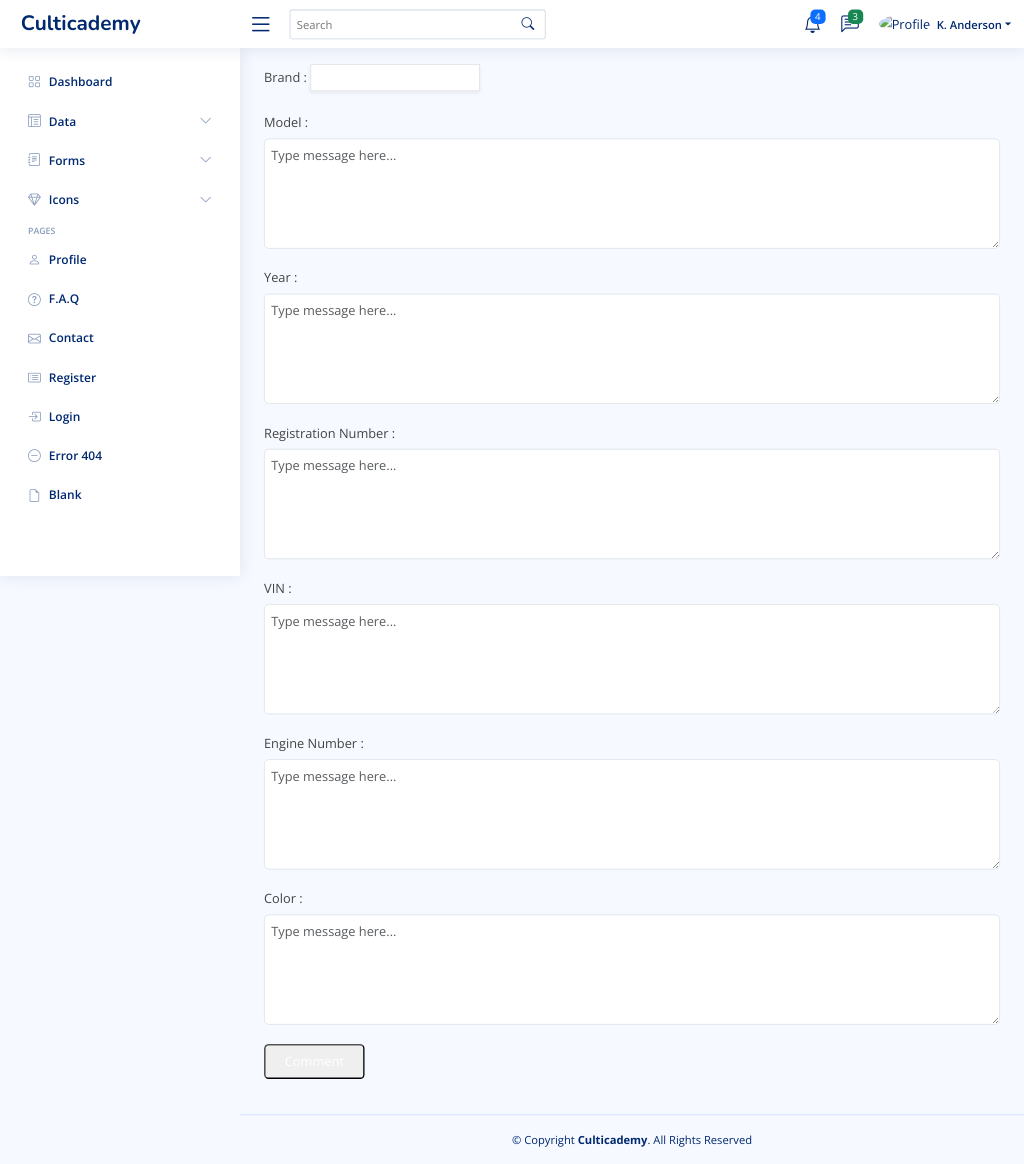
Repository: Jistoper/car_rental
Page: http://localhost/create
An editor plug-in stored every save of this project. The page is shown before and after the next save, followed by the edit.
The browser window is 1280 px wide. The pictures show the whole page, at 80% of full size.
The page is served by the project's Laravel application, run on PHP 8.4 with Laravel 9. Other server files are loaded and not shown.

Above is the page before, as saved 2023-06-22 14:02:02.

### routes/web.php
<?php

use Illuminate\Support\Facades\Route;
use App\Http\Controllers\carcontroller;

/*
|--------------------------------------------------------------------------
| Web Routes
|--------------------------------------------------------------------------
|
| Here is where you can register web routes for your application. These
| routes are loaded by the RouteServiceProvider within a group which
| contains the "web" middleware group. Now create something great!
|
*/

Route::get('/dashboard', function () {
    return view('backsite.dashboard');
})->name('dashboard');

Route::controller(CarController::class)->as('car.')->group(function(){
    Route::get('/car', 'getall')->name('getall');
    Route::get('/create', 'create')->name('create');
    Route::post('/create', 'store')->name('store');
});

### app/Http/Controllers/carcontroller.php
<?php

namespace App\Http\Controllers;

use Illuminate\Http\Request;
use Illuminate\Support\Facades\Http;
use Illuminate\Support\Facades\View;


class CarController extends Controller
{
    public function getall()
    {
        $response = Http::get('http://localhost:8080/api/cars');
        $cars = json_decode($response, true);

        return view('backsite.content.car.cartable', ['Cars' => $cars['Cars']]);
    }

    public function getbyid()
    {

    }

    public function create()
    {
        return View('backsite.content.car.createcar');
    }

    public function storeCar()
    {
        $data = [
            "brand" => "Toyota",
            "model" => "Avanza",
            "year" => 2022,
            "registration_number" => "AB123CD",
            "vin" => "1HGCM82633A123456",
            "engine_number" => "ENG123456789",
            "color" => "Black",
            "is_available" => true
        ];

        $token = "Bearer eyJhbGciOiJIUzI1NiIsInR5cCI6IkpXVCJ9.eyJleHAiOjE2ODkxNjgwMjMsInN1YiI6InRlc3QxMiJ9.-ezLSqJzIuUbum_p1NXeInNHkG953SP_4fMdbOgrlUo"; // Replace with your actual auth token

        $response = Http::withHeaders([
            "Authorization" => $token,
            "Content-Type" => "application/json",
        ])->post('http://localhost:8080/api/cars', $data);
    }

    public function update()
    {

    }

    public function delete()
    {

    }
}

### resources/views/backsite/content/car/createcar.blade.php
@extends('backsite.dashboard')

@section('content')

<div>
    <form action="{{ route('car.store') }}" method="POST" class="mb-4">
        @csrf
        <div class="mb-4">
            <label class="block text-gray-700 mb-2" for="message">
                Brand :
            </label>
            <input type="text" name="forum_title" id="forum_title" class="p-1 form-input rounded-md shadow-sm border border-gray-300 @error('forum_title') border-red-500 @enderror" value="{{ old('forum_title') }}">
        </div>
        <div class="mb-4">
            <label class="block text-gray-700 mb-2" for="message">
                Model :
            </label>
            <textarea name="message" id="message" rows="5" class="form-control w-full p-2 border border-gray-400 rounded" placeholder="Type message here..."></textarea>
        </div>
        <div class="mb-4">
            <label class="block text-gray-700 mb-2" for="message">
                Year :
            </label>
            <textarea name="message" id="message" rows="5" class="form-control w-full p-2 border border-gray-400 rounded" placeholder="Type message here..."></textarea>
        </div>
        <div class="mb-4">
            <label class="block text-gray-700 mb-2" for="message">
                Registration Number :
            </label>
            <textarea name="message" id="message" rows="5" class="form-control w-full p-2 border border-gray-400 rounded" placeholder="Type message here..."></textarea>
        </div>
        <div class="mb-4">
            <label class="block text-gray-700 mb-2" for="message">
                VIN :
            </label>
            <textarea name="message" id="message" rows="5" class="form-control w-full p-2 border border-gray-400 rounded" placeholder="Type message here..."></textarea>
        </div><div class="mb-4">
            <label class="block text-gray-700 mb-2" for="message">
                Engine Number :
            </label>
            <textarea name="message" id="message" rows="5" class="form-control w-full p-2 border border-gray-400 rounded" placeholder="Type message here..."></textarea>
        </div>
        <div class="mb-4">
            <label class="block text-gray-700 mb-2" for="message">
                Color :
            </label>
            <textarea name="message" id="message" rows="5" class="form-control w-full p-2 border border-gray-400 rounded" placeholder="Type message here..."></textarea>
        </div>
        <div class="flex items-center justify-end">
            <button class="flex items-center space-x-1 bg-slate-800 hover:bg-slate-700 text-white font-semibold py-2 px-4 rounded" onclick="getContent()" type="submit">
                <span>
                    Comment
                </span>
            </button>
        </div>
    </form>
</div>

@endsection

### resources/views/backsite/partials/sidebar.blade.php
<aside id="sidebar" class="sidebar">

    <ul class="sidebar-nav" id="sidebar-nav">

      <li class="nav-item">
        <a class="nav-link collapsed" href="{{ route('dashboard') }}">
          <i class="bi bi-grid"></i>
          <span>Dashboard</span>
        </a>
      </li><!-- End Dashboard Nav -->

      <li class="nav-item">
        <a class="nav-link collapsed" data-bs-target="#tables-nav" data-bs-toggle="collapse" href="#">
          <i class="bi bi-layout-text-window-reverse"></i><span>Data</span><i class="bi bi-chevron-down ms-auto"></i>
        </a>
        <ul id="tables-nav" class="nav-content collapse " data-bs-parent="#sidebar-nav">
          <li>
            <a href="{{ route('car.getall') }}">
              <i class="bi bi-circle"></i><span>Cars</span>
            </a>
          </li>
          <li>
            <a href="{{ route('dashboard') }}">
              <i class="bi bi-circle"></i><span>Data Tables</span>
            </a>
          </li>
        </ul>
      </li><!-- End Tables Nav -->

      <li class="nav-item">
        <a class="nav-link collapsed" data-bs-target="#forms-nav" data-bs-toggle="collapse" href="#">
          <i class="bi bi-journal-text"></i><span>Forms</span><i class="bi bi-chevron-down ms-auto"></i>
        </a>
        <ul id="forms-nav" class="nav-content collapse " data-bs-parent="#sidebar-nav">
          <li>
            <a href="forms-elements.html">
              <i class="bi bi-circle"></i><span>Form Elements</span>
            </a>
          </li>
          <li>
            <a href="forms-layouts.html">
              <i class="bi bi-circle"></i><span>Form Layouts</span>
            </a>
          </li>
          <li>
            <a href="forms-editors.html">
              <i class="bi bi-circle"></i><span>Form Editors</span>
            </a>
          </li>
          <li>
            <a href="forms-validation.html">
              <i class="bi bi-circle"></i><span>Form Validation</span>
            </a>
          </li>
        </ul>
      </li><!-- End Forms Nav -->

      <li class="nav-item">
        <a class="nav-link collapsed" data-bs-target="#icons-nav" data-bs-toggle="collapse" href="#">
          <i class="bi bi-gem"></i><span>Icons</span><i class="bi bi-chevron-down ms-auto"></i>
        </a>
        <ul id="icons-nav" class="nav-content collapse " data-bs-parent="#sidebar-nav">
          <li>
            <a href="icons-bootstrap.html">
              <i class="bi bi-circle"></i><span>Bootstrap Icons</span>
            </a>
          </li>
          <li>
            <a href="icons-remix.html">
              <i class="bi bi-circle"></i><span>Remix Icons</span>
            </a>
          </li>
          <li>
            <a href="icons-boxicons.html">
              <i class="bi bi-circle"></i><span>Boxicons</span>
            </a>
          </li>
        </ul>
      </li><!-- End Icons Nav -->

      <li class="nav-heading">Pages</li>

      <li class="nav-item">
        <a class="nav-link collapsed" href="users-profile.html">
          <i class="bi bi-person"></i>
          <span>Profile</span>
        </a>
      </li><!-- End Profile Page Nav -->

      <li class="nav-item">
        <a class="nav-link collapsed" href="pages-faq.html">
          <i class="bi bi-question-circle"></i>
          <span>F.A.Q</span>
        </a>
      </li><!-- End F.A.Q Page Nav -->

      <li class="nav-item">
        <a class="nav-link collapsed" href="pages-contact.html">
          <i class="bi bi-envelope"></i>
          <span>Contact</span>
        </a>
      </li><!-- End Contact Page Nav -->

      <li class="nav-item">
        <a class="nav-link collapsed" href="pages-register.html">
          <i class="bi bi-card-list"></i>
          <span>Register</span>
        </a>
      </li><!-- End Register Page Nav -->

      <li class="nav-item">
        <a class="nav-link collapsed" href="pages-login.html">
          <i class="bi bi-box-arrow-in-right"></i>
          <span>Login</span>
        </a>
      </li><!-- End Login Page Nav -->

      <li class="nav-item">
        <a class="nav-link collapsed" href="pages-error-404.html">
          <i class="bi bi-dash-circle"></i>
          <span>Error 404</span>
        </a>
      </li><!-- End Error 404 Page Nav -->

      <li class="nav-item">
        <a class="nav-link collapsed" href="pages-blank.html">
          <i class="bi bi-file-earmark"></i>
          <span>Blank</span>
        </a>
      </li><!-- End Blank Page Nav -->

    </ul>

  </aside><!-- End Sidebar-->

### public/assets/simple-datatables/style.css
.datatable-wrapper.no-header .datatable-container {
	border-top: 1px solid #d9d9d9;
}

.datatable-wrapper.no-footer .datatable-container {
	border-bottom: 1px solid #d9d9d9;
}

.datatable-top,
.datatable-bottom {
	padding: 8px 10px;
}

.datatable-top > nav:first-child,
.datatable-top > div:first-child,
.datatable-bottom > nav:first-child,
.datatable-bottom > div:first-child {
	float: left;
}

.datatable-top > nav:last-child,
.datatable-top > div:last-child,
.datatable-bottom > nav:last-child,
.datatable-bottom > div:last-child {
	float: right;
}

.datatable-selector {
	padding: 6px;
}

.datatable-input {
	padding: 6px 12px;
}

.datatable-info {
	margin: 7px 0;
}

/* PAGER */
.datatable-pagination ul {
	margin: 0;
	padding-left: 0;
}

.datatable-pagination li {
	list-style: none;
	float: left;
}

.datatable-pagination li.datatable-hidden {
    visibility: hidden;
}

.datatable-pagination a {
	border: 1px solid transparent;
	float: left;
	margin-left: 2px;
	padding: 6px 12px;
	position: relative;
	text-decoration: none;
	color: #333;
    cursor: pointer;
}

.datatable-pagination a:hover {
	background-color: #d9d9d9;
}

.datatable-pagination .datatable-active a,
.datatable-pagination .datatable-active a:focus,
.datatable-pagination .datatable-active a:hover {
	background-color: #d9d9d9;
	cursor: default;
}

.datatable-pagination .datatable-ellipsis a,
.datatable-pagination .datatable-disabled a,
.datatable-pagination .datatable-disabled a:focus,
.datatable-pagination .datatable-disabled a:hover {
    pointer-events: none;
    cursor: default;
}

.datatable-pagination .datatable-disabled a,
.datatable-pagination .datatable-disabled a:focus,
.datatable-pagination .datatable-disabled a:hover {
	cursor: not-allowed;
	opacity: 0.4;
}

.datatable-pagination .datatable-pagination a {
	font-weight: bold;
}

/* TABLE */
.datatable-table {
	max-width: 100%;
	width: 100%;
	border-spacing: 0;
	border-collapse: separate;
}

.datatable-table > tbody > tr > td,
.datatable-table > tbody > tr > th,
.datatable-table > tfoot > tr > td,
.datatable-table > tfoot > tr > th,
.datatable-table > thead > tr > td,
.datatable-table > thead > tr > th {
	vertical-align: top;
	padding: 8px 10px;
}

.datatable-table > thead > tr > th {
	vertical-align: bottom;
	text-align: left;
	border-bottom: 1px solid #d9d9d9;
}

.datatable-table > tfoot > tr > th {
	vertical-align: bottom;
	text-align: left;
	border-top: 1px solid #d9d9d9;
}

.datatable-table th {
	vertical-align: bottom;
	text-align: left;
}

.datatable-table th a {
	text-decoration: none;
	color: inherit;
}

.datatable-sorter, .datatable-filter {
	display: inline-block;
	height: 100%;
	position: relative;
	width: 100%;
}

.datatable-sorter::before,
.datatable-sorter::after {
	content: "";
	height: 0;
	width: 0;
	position: absolute;
	right: 4px;
	border-left: 4px solid transparent;
	border-right: 4px solid transparent;
	opacity: 0.2;
}


.datatable-sorter::before {
	border-top: 4px solid #000;
	bottom: 0px;
}

.datatable-sorter::after {
	border-bottom: 4px solid #000;
	border-top: 4px solid transparent;
	top: 0px;
}

.datatable-ascending .datatable-sorter::after,
.datatable-descending .datatable-sorter::before,
.datatable-ascending .datatable-filter::after,
.datatable-descending .datatable-filter::before {
	opacity: 0.6;
}

.datatable-filter::before {
    content: "";
    position: absolute;
    right: 4px;
    opacity: 0.2;
    width: 0;
    height: 0;
    border-left: 7px solid transparent;
    border-right: 7px solid transparent;
	border-radius: 50%;
    border-top: 10px solid #000;
    top: 25%;
}

.datatable-filter-active .datatable-filter::before {
    opacity: 0.6;
}

.datatable-empty {
	text-align: center;
}

.datatable-top::after, .datatable-bottom::after {
	clear: both;
	content: " ";
	display: table;
}

table.datatable-table:focus tr.datatable-cursor > td:first-child {
	border-left: 3px blue solid;
}

table.datatable-table:focus {
	outline: solid 1px black;
    outline-offset: -1px;
}

Loaded but not shown: app/Http/Controllers/Controller.php (common file); public/assets/bootstrap/css/bootstrap.min.css (library); public/assets/bootstrap-icons/bootstrap-icons.css (library); public/assets/boxicons/css/boxicons.min.css (library); public/assets/apexcharts/apexcharts.min.js (library); public/assets/bootstrap/js/bootstrap.bundle.min.js (library); public/assets/chart.js/chart.umd.js (library); public/assets/echarts/echarts.min.js (library); public/assets/quill/quill.min.js (library); public/assets/simple-datatables/simple-datatables.js (library); public/assets/tinymce/tinymce.min.js (library); public/js/main.js (321 lines, source omitted); public/assets/php-email-form/validate.js (85 lines, source omitted); public/assets/remixicon/remixicon.css (2526 lines, source omitted); resources/views/backsite/dashboard.blade.php (740 lines, source omitted); public/assets/quill/quill.bubble.css (952 lines, source omitted); public/assets/quill/quill.snow.css (945 lines, source omitted); public/css/style.css (1233 lines, source omitted); resources/views/backsite/partials/header.blade.php (225 lines, source omitted)

After the next save:
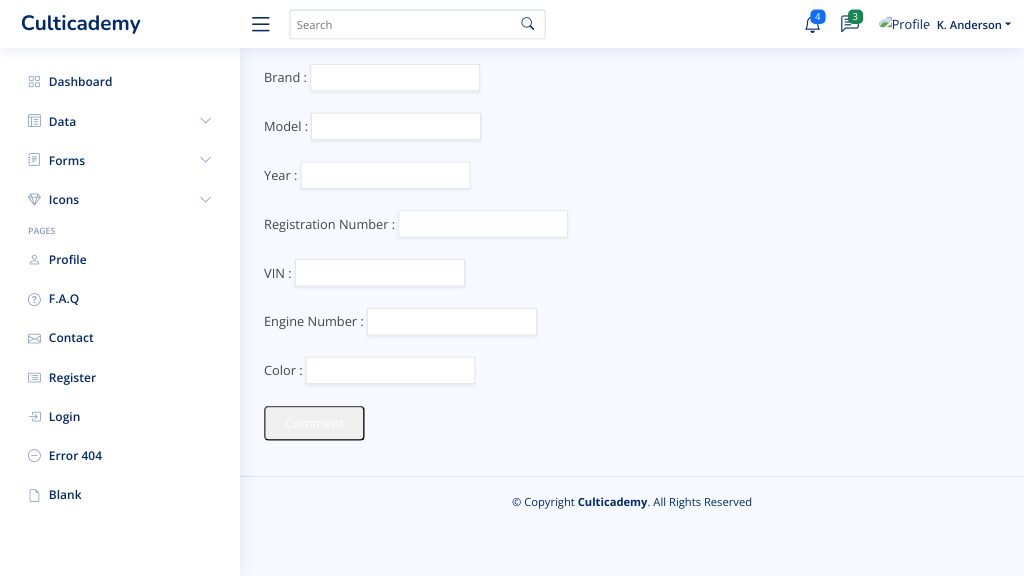
Saved 2 min 43 s later.
--- a/resources/views/backsite/content/car/createcar.blade.php
+++ b/resources/views/backsite/content/car/createcar.blade.php
@@ -9,42 +9,42 @@
             <label class="block text-gray-700 mb-2" for="message">
                 Brand :
             </label>
-            <input type="text" name="forum_title" id="forum_title" class="p-1 form-input rounded-md shadow-sm border border-gray-300 @error('forum_title') border-red-500 @enderror" value="{{ old('forum_title') }}">
+            <input type="text" name="brand" id="brand" class="p-1 form-input rounded-md shadow-sm border border-gray-300 @error('brand') border-red-500 @enderror" value="{{ old('forum_title') }}">
         </div>
         <div class="mb-4">
             <label class="block text-gray-700 mb-2" for="message">
                 Model :
             </label>
-            <textarea name="message" id="message" rows="5" class="form-control w-full p-2 border border-gray-400 rounded" placeholder="Type message here..."></textarea>
+            <input type="text" name="model" id="model" class="p-1 form-input rounded-md shadow-sm border border-gray-300 @error('model') border-red-500 @enderror" value="{{ old('forum_title') }}">
         </div>
         <div class="mb-4">
             <label class="block text-gray-700 mb-2" for="message">
                 Year :
             </label>
-            <textarea name="message" id="message" rows="5" class="form-control w-full p-2 border border-gray-400 rounded" placeholder="Type message here..."></textarea>
+            <input type="text" name="year" id="year" class="p-1 form-input rounded-md shadow-sm border border-gray-300 @error('year') border-red-500 @enderror" value="{{ old('forum_title') }}">
         </div>
         <div class="mb-4">
             <label class="block text-gray-700 mb-2" for="message">
                 Registration Number :
             </label>
-            <textarea name="message" id="message" rows="5" class="form-control w-full p-2 border border-gray-400 rounded" placeholder="Type message here..."></textarea>
+            <input type="text" name="registration_number" id="registration_number" class="p-1 form-input rounded-md shadow-sm border border-gray-300 @error('registration_number') border-red-500 @enderror" value="{{ old('forum_title') }}">
         </div>
         <div class="mb-4">
             <label class="block text-gray-700 mb-2" for="message">
                 VIN :
             </label>
-            <textarea name="message" id="message" rows="5" class="form-control w-full p-2 border border-gray-400 rounded" placeholder="Type message here..."></textarea>
+            <input type="text" name="vin" id="vin" class="p-1 form-input rounded-md shadow-sm border border-gray-300 @error('vin') border-red-500 @enderror" value="{{ old('forum_title') }}">
         </div><div class="mb-4">
             <label class="block text-gray-700 mb-2" for="message">
                 Engine Number :
             </label>
-            <textarea name="message" id="message" rows="5" class="form-control w-full p-2 border border-gray-400 rounded" placeholder="Type message here..."></textarea>
+            <input type="text" name="engine_number" id="engine_number" class="p-1 form-input rounded-md shadow-sm border border-gray-300 @error('engine_number') border-red-500 @enderror" value="{{ old('forum_title') }}">
         </div>
         <div class="mb-4">
             <label class="block text-gray-700 mb-2" for="message">
                 Color :
             </label>
-            <textarea name="message" id="message" rows="5" class="form-control w-full p-2 border border-gray-400 rounded" placeholder="Type message here..."></textarea>
+            <input type="text" name="color" id="color" class="p-1 form-input rounded-md shadow-sm border border-gray-300 @error('color') border-red-500 @enderror" value="{{ old('forum_title') }}">
         </div>
         <div class="flex items-center justify-end">
             <button class="flex items-center space-x-1 bg-slate-800 hover:bg-slate-700 text-white font-semibold py-2 px-4 rounded" onclick="getContent()" type="submit">
